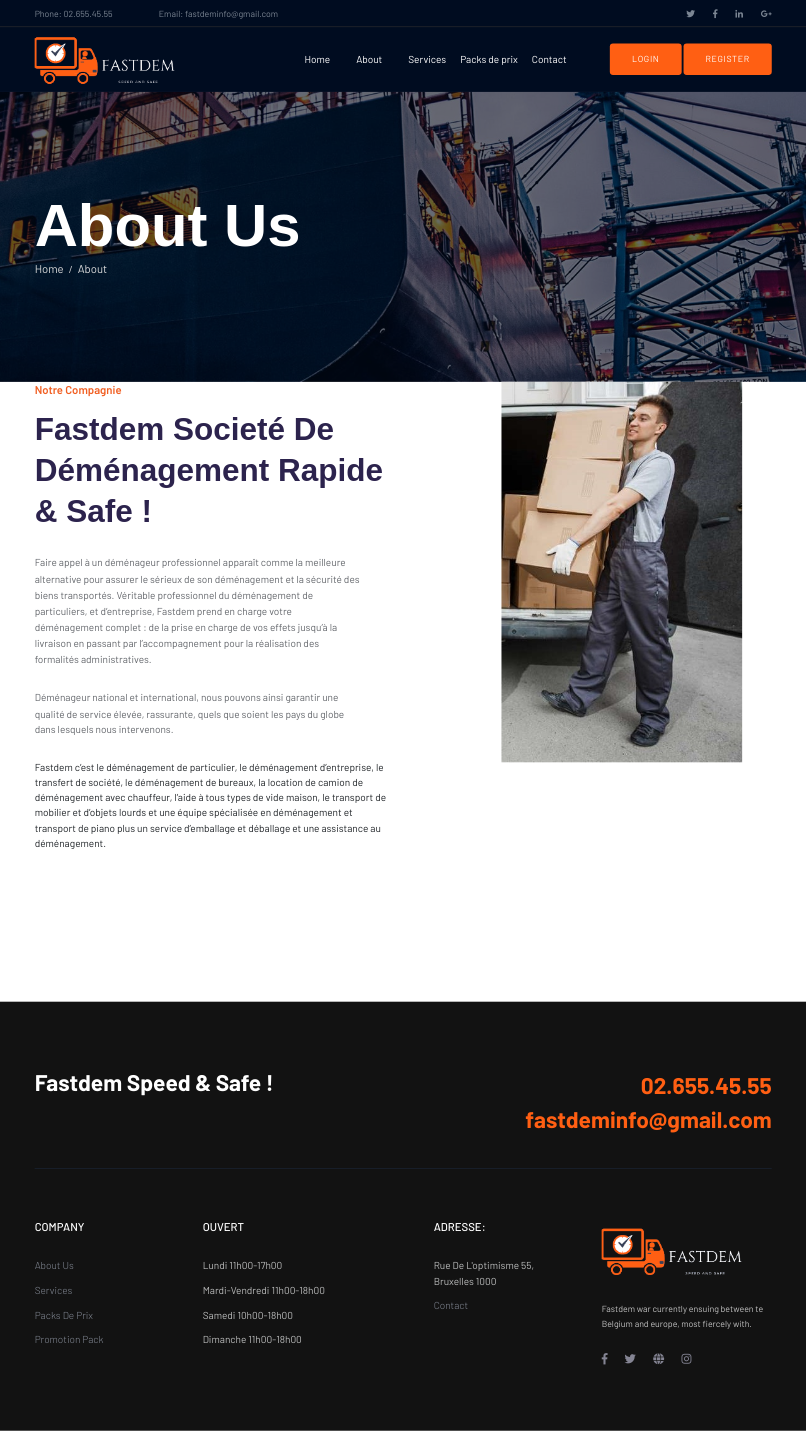
Repository: adamprefo/fastdemTFE
Page: http://localhost/about
The author's editor kept a copy of each file at every save. The page is drawn from the files as they stood at one save, then again after the next save.
The browser window is 1280 px wide. The pictures show the whole page, at 63% of full size.
Some web fonts or font styles are not loaded; a fallback is used. The page is served by the project's Laravel application, run on PHP 8.4 with Laravel 8.

Above is the page before, as saved 2021-10-05 14:15:39.

After the next save:
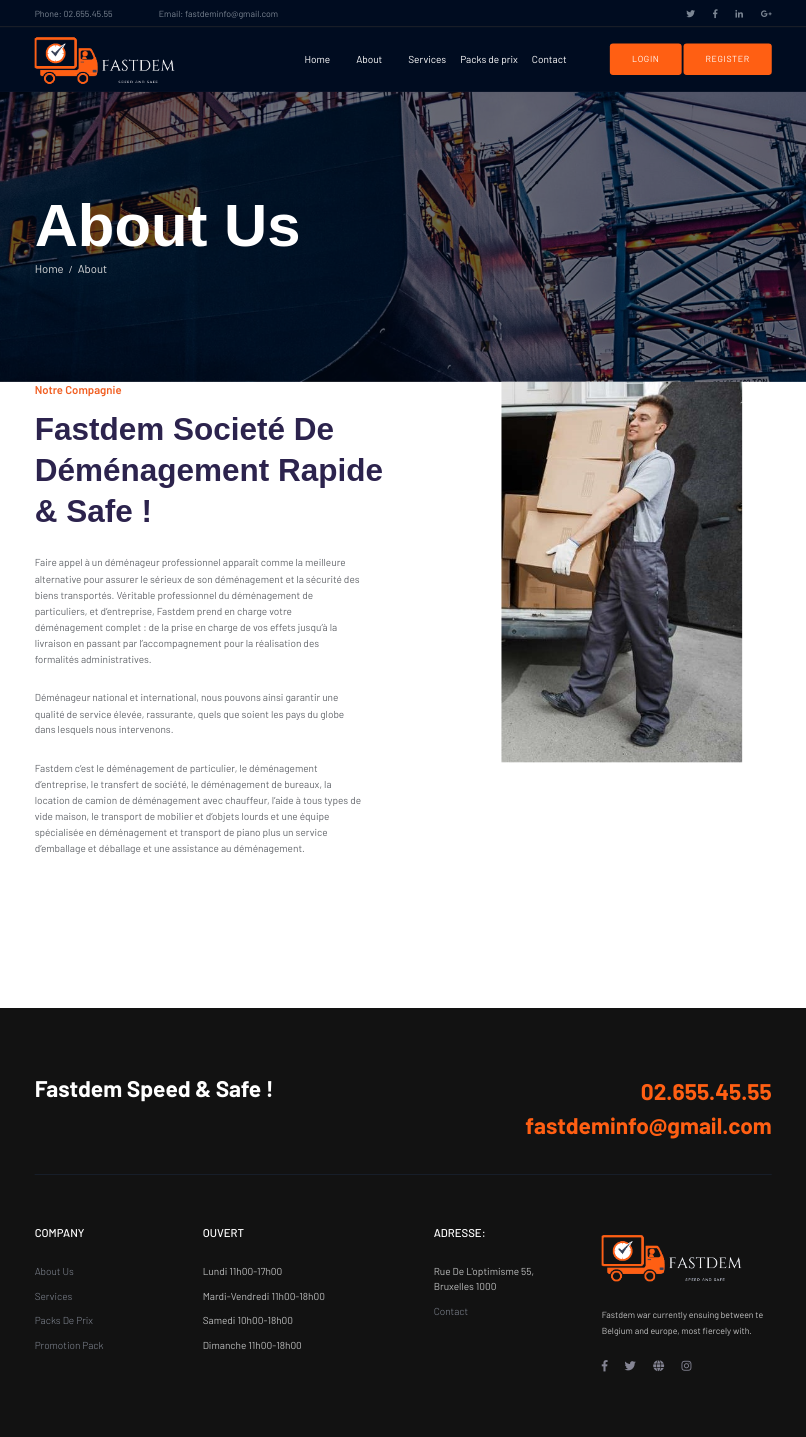
Saved 17 s later.
--- a/resources/views/about.blade.php
+++ b/resources/views/about.blade.php
@@ -265,7 +265,8 @@
                             Véritable professionnel du déménagement de particuliers, et d’entreprise, Fastdem prend en charge votre déménagement complet : de la prise en charge de vos effets jusqu’à la livraison en passant par l’accompagnement pour la réalisation des formalités administratives.
                             </p>
                             <p>Déménageur national et international, nous pouvons ainsi garantir une qualité de service élevée, rassurante, quels que soient les pays du globe dans lesquels nous intervenons.</p>
-Fastdem c’est le déménagement de particulier, le déménagement d’entreprise, le transfert de société, le déménagement de bureaux, la location de camion de déménagement avec chauffeur, l’aide à tous types de vide maison, le transport de mobilier et d’objets lourds et une équipe spécialisée en déménagement et transport de piano plus un service d’emballage et déballage et une assistance au déménagement.
+
+                            <p>Fastdem c’est le déménagement de particulier, le déménagement d’entreprise, le transfert de société, le déménagement de bureaux, la location de camion de déménagement avec chauffeur, l’aide à tous types de vide maison, le transport de mobilier et d’objets lourds et une équipe spécialisée en déménagement et transport de piano plus un service d’emballage et déballage et une assistance au déménagement.</p>
 
                         </div>
                     </div>
